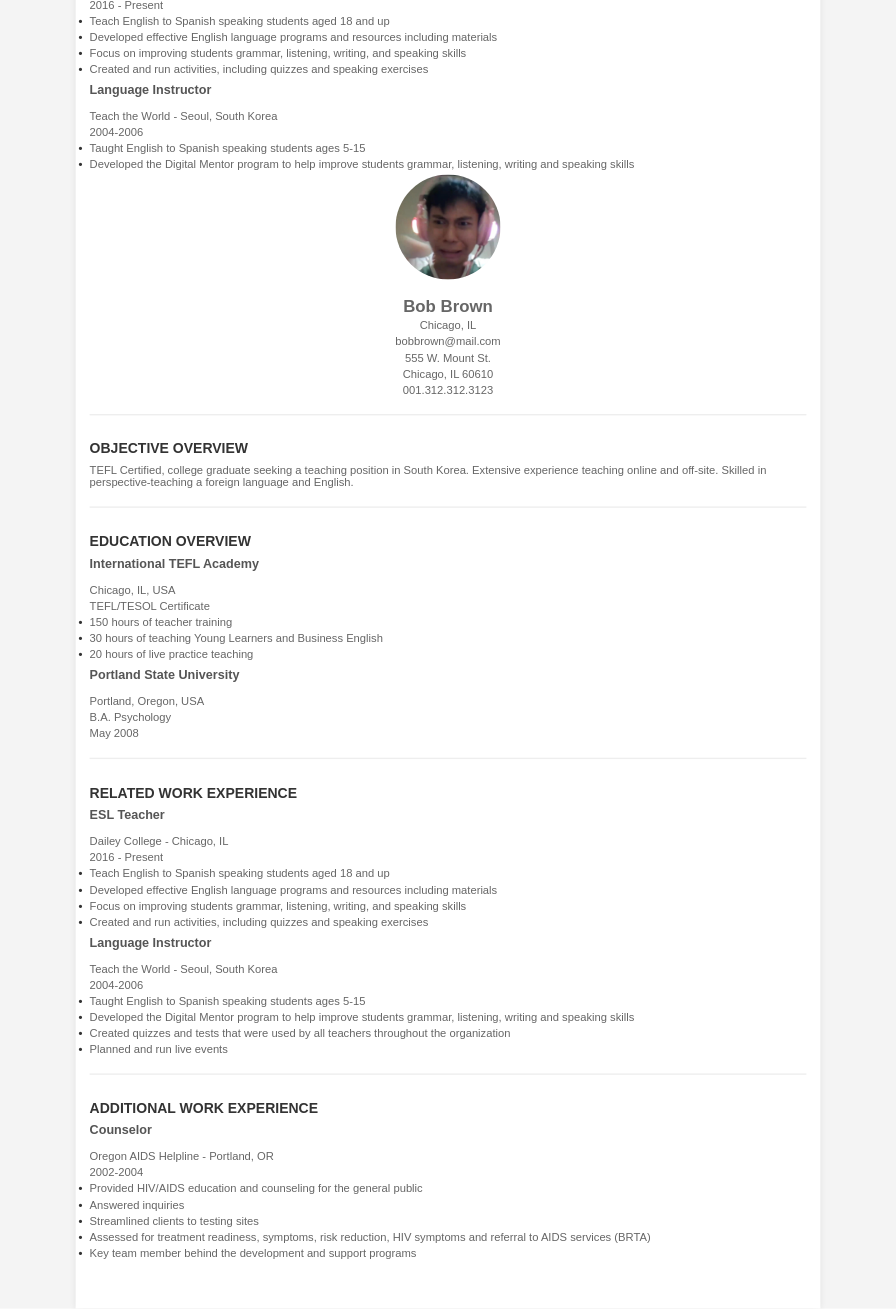
Repository: Gibekkk/WebPro
Page: Tugas Lab 1 (2)/index.html
An editor plug-in stored every save of this project. The page is shown before and after the next save, followed by the edit.
The browser window is 1280 px wide. The pictures show the part of the page from y = 988 to 2908 px (the page is 2858 px tall before and 2941 px after), at 70% of full size.

Above is the page before, as saved 2024-03-25 13:27:04.

### Tugas Lab 1 (2)/index.html
<!DOCTYPE html>
<html lang="en">
<head>
<meta charset="UTF-8">
<meta name="viewport" content="width=device-width, initial-scale=1.0">
<title>Resume</title>
<style>
  body {
    font-family: Arial, sans-serif;
    margin: 0;
    padding: 0;
    background-color: #f4f4f4;
  }
  .container {
    width: 80%;
    margin: auto;
    background-color: #fff;
    padding: 20px;
    box-shadow: 0 0 10px rgba(0, 0, 0, 0.1);
  }
  .header {
    text-align: center;
    padding-bottom: 20px;
    border-bottom: 2px solid #eee;
  }
  .header img {
    width: 150px;
    height: 150px;
    border-radius: 50%;
    margin-bottom: 10px;
  }
  .header h1 {
    margin: 10px 0 5px;
    font-size: 24px;
  }
  .header p {
    margin: 5px 0;
    color: #777;
  }
  .section {
    padding: 20px 0;
  }
  .section:not(:last-child) {
    border-bottom: 2px solid #eee;
  }
  .section-title {
    color: #333;
    margin-bottom: 10px;
    font-size: 20px;
    text-transform: uppercase;
  }
  .section-content h3 {
    margin-top: 10px;
    font-size: 18px;
    color: #555;
  }
  .section-content p, .section-content ul {
    margin: 5px 0;
    color: #666;
  }
  .section-content ul {
    list-style-type: none;
    padding: 0;
  }
  .section-content ul li {
    margin-bottom: 5px;
  }
  .section-content ul li:before {
    content: "•";
    color: #333;
    font-weight: bold;
    display: inline-block;
    width: 1em;
    margin-left: -1em;
  }
</style>
</head>
<body>
  <div class="container">
    <div class="header">
      <img src="javin.jpg" alt="Bob Brown">
      <h1>Bob Brown</h1>
      <p>Chicago, IL</p>
      <p>bobbrown@mail.com</p>
      <p>555 W. Mount St.</p>
      <p>Chicago, IL 60610</p>
      <p>001.312.312.3123</p>
    </div>
    <div class="section">
      <h2 class="section-title">Objective Overview</h2>
      <div class="section-content">
        <p>TEFL Certified, college graduate seeking a teaching position in South Korea. Extensive experience teaching online and off-site. Skilled in perspective-teaching a foreign language and English.</p>
      </div>
    </div>
    <div class="section">
      <h2 class="section-title">Education Overview</h2>
      <div class="section-content">
        <h3>International TEFL Academy</h3>
        <p>Chicago, IL, USA</p>
        <p>TEFL/TESOL Certificate</p>
        <ul>
          <li>150 hours of teacher training</li>
          <li>30 hours of teaching Young Learners and Business English</li>
          <li>20 hours of live practice teaching</li>
        </ul>
        <h3>Portland State University</h3>
        <p>Portland, Oregon, USA</p>
        <p>B.A. Psychology</p>
        <p>May 2008</p>
      </div>
    </div>
    <div class="section">
      <h2 class="section-title">Related Work Experience</h2>
      <div class="section-content">
        <h3>ESL Teacher</h3>
        <p>Dailey College - Chicago, IL</p>
        <p>2016 - Present</p>
        <ul>
          <li>Teach English to Spanish speaking students aged 18 and up</li>
          <li>Developed effective English language programs and resources including materials</li>
          <li>Focus on improving students grammar, listening, writing, and speaking skills</li>
          <li>Created and run activities, including quizzes and speaking exercises</li>
        </ul>
        <h3>Language Instructor</h3>
        <p>Teach the World - Seoul, South Korea</p>
        <p>2004-2006</p>
        <ul>
          <li>Taught English to Spanish speaking students ages 5-15</li>
          <li>Developed the Digital Mentor program to help improve students grammar, listening, writing and speaking skills</li>
  <div class="header">
    <img src="javin.jpg" alt="Bob Brown">
    <h1>Bob Brown</h1>
    <p>Chicago, IL</p>
    <p>bobbrown@mail.com</p>
    <p>555 W. Mount St.</p>
    <p>Chicago, IL 60610</p>
    <p>001.312.312.3123</p>
  </div>
  <div class="section">
    <h2 class="section-title">Objective Overview</h2>
    <div class="section-content">
      <p>TEFL Certified, college graduate seeking a teaching position in South Korea. Extensive experience teaching online and off-site. Skilled in perspective-teaching a foreign language and English.</p>
    </div>
  </div>
  <div class="section">
    <h2 class="section-title">Education Overview</h2>
    <div class="section-content">
      <h3>International TEFL Academy</h3>
      <p>Chicago, IL, USA</p>
      <p>TEFL/TESOL Certificate</p>
      <ul>
        <li>150 hours of teacher training</li>
        <li>30 hours of teaching Young Learners and Business English</li>
        <li>20 hours of live practice teaching</li>
      </ul>
      <h3>Portland State University</h3>
      <p>Portland, Oregon, USA</p>
      <p>B.A. Psychology</p>
      <p>May 2008</p>
    </div>
  </div>
  <div class="section">
    <h2 class="section-title">Related Work Experience</h2>
    <div class="section-content">
      <h3>ESL Teacher</h3>
      <p>Dailey College - Chicago, IL</p>
      <p>2016 - Present</p>
      <ul>
        <li>Teach English to Spanish speaking students aged 18 and up</li>
        <li>Developed effective English language programs and resources including materials</li>
        <li>Focus on improving students grammar, listening, writing, and speaking skills</li>
        <li>Created and run activities, including quizzes and speaking exercises</li>
      </ul>
      <h3>Language Instructor</h3>
      <p>Teach the World - Seoul, South Korea</p>
      <p>2004-2006</p>
      <ul>
        <li>Taught English to Spanish speaking students ages 5-15</li>
        <li>Developed the Digital Mentor program to help improve students grammar, listening, writing and speaking skills</li>
        <li>Created quizzes and tests that were used by all teachers throughout the organization</li>
        <li>Planned and run live events</li>
      </ul>
    </div>
  </div>
  <div class="section">
    <h2 class="section-title">Additional Work Experience</h2>
    <div class="section-content">
      <h3>Counselor</h3>
      <p>Oregon AIDS Helpline - Portland, OR</p>
      <p>2002-2004</p>
      <ul>
        <li>Provided HIV/AIDS education and counseling for the general public</li>
        <li>Answered inquiries</li>
        <li>Streamlined clients to testing sites</li>
        <li>Assessed for treatment readiness, symptoms, risk reduction, HIV symptoms and referral to AIDS services (BRTA)</li>
        <li>Key team member behind the development and support programs</li>
      </ul>
    </div>
  </div>
</body>
</html>

After the next save:
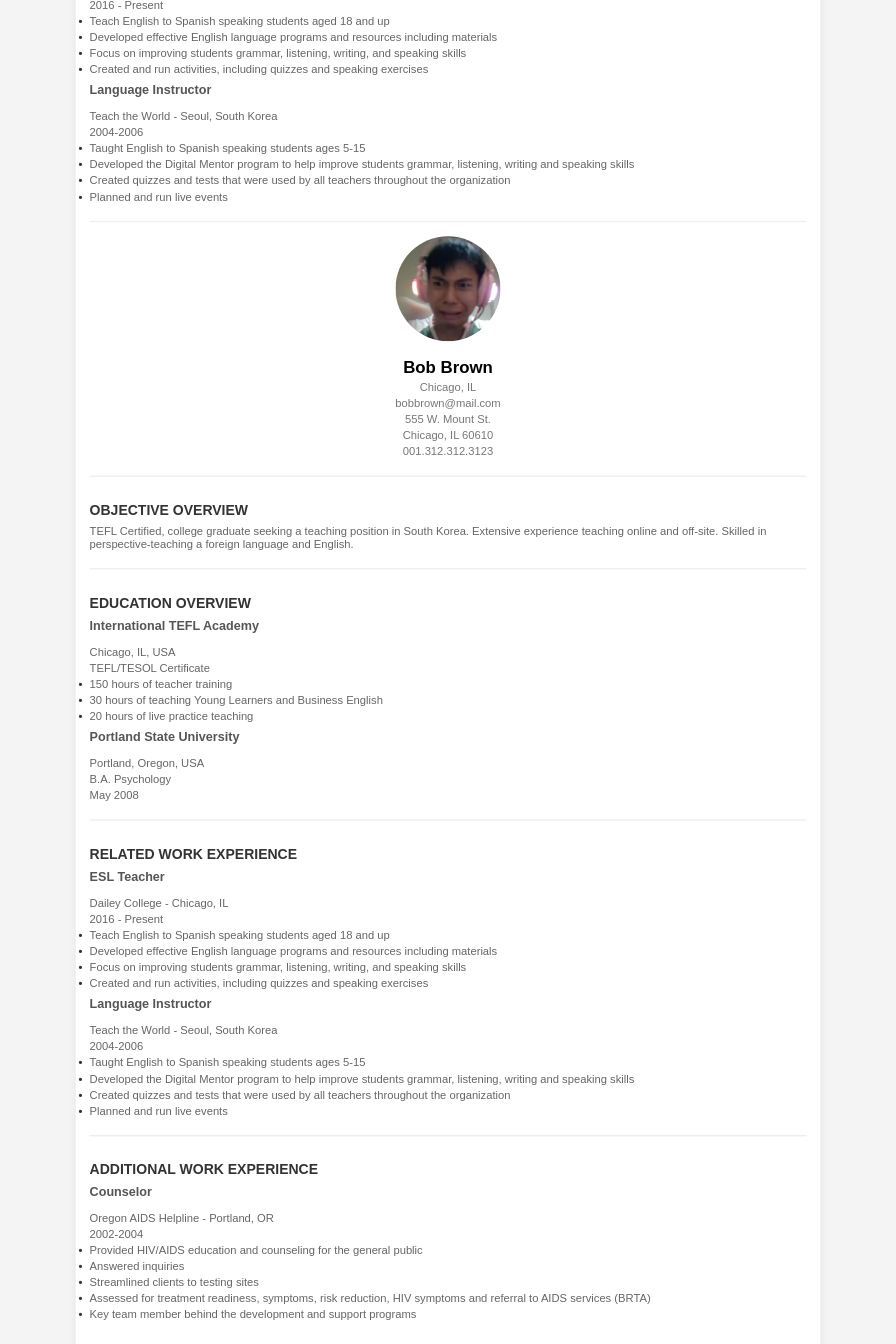
Saved 2 s later.
--- a/Tugas Lab 1 (2)/index.html
+++ b/Tugas Lab 1 (2)/index.html
@@ -127,6 +127,12 @@
         <ul>
           <li>Taught English to Spanish speaking students ages 5-15</li>
           <li>Developed the Digital Mentor program to help improve students grammar, listening, writing and speaking skills</li>
+          <li>Created quizzes and tests that were used by all teachers throughout the organization</li>
+          <li>Planned and run live events</li>
+        </ul>
+      </div>
+    </div>
+    <div class="section">
   <div class="header">
     <img src="javin.jpg" alt="Bob Brown">
     <h1>Bob Brown</h1>
